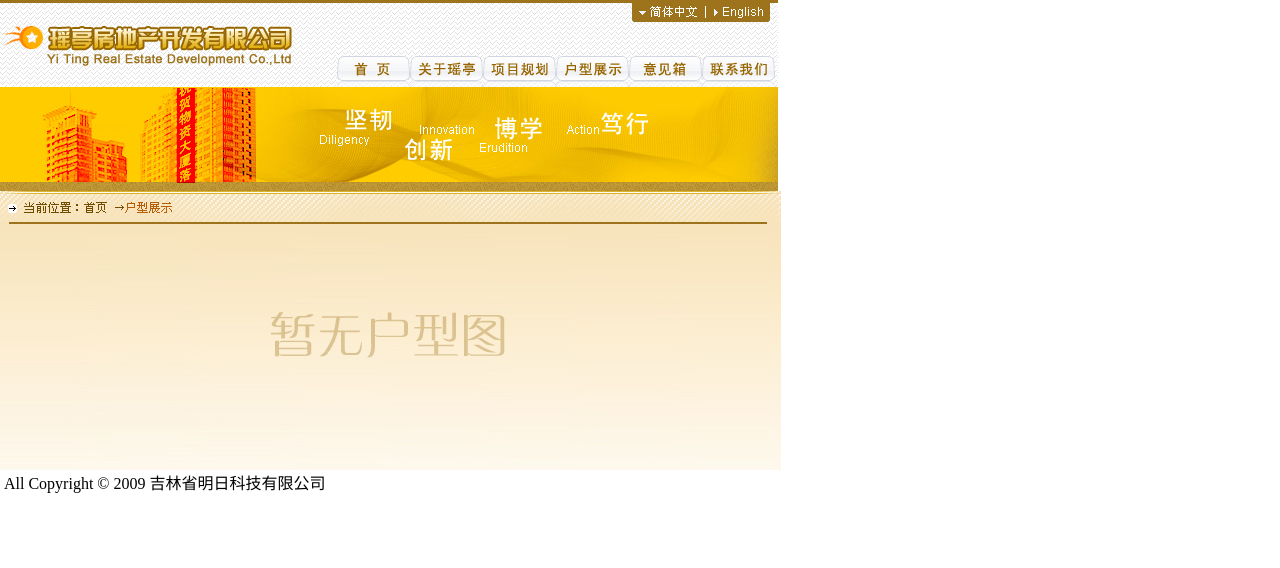
Repository: bookFireFly/bookFireFly
Page: http://localhost/JSP107/
The author's editor kept a copy of each file at every save. The page is drawn from the files as they stood at one save, then again after the next save.
The browser window is 1280 px wide. The pictures show the whole page.
The page is served by Tomcat 9.

Above is the page before, as saved 2017-10-24 09:56:40.

### JSP107/WebContent/index.jsp
<%@ page language="java" contentType="text/html; charset=GB18030"
    pageEncoding="GB18030"%>
<!DOCTYPE html PUBLIC "-//W3C//DTD HTML 4.01 Transitional//EN" "http://www.w3.org/TR/html4/loose.dtd">
<html>
<head>
<meta http-equiv="Content-Type" content="text/html; charset=GB18030">
<title>使用&lt;jsp:include&gt;动作标识包含文件</title>
</head>
<body style="margin:0px;">
<jsp:include page="top.jsp"/>
<table width="781" height="279" cellpadding="0" cellspacing="0"
	background="images/center.JPG" >
	<tr>
	<td>&nbsp;</td>
	</tr>
</table>
<jsp:include page="copyright.jsp"/>
</body>
</html>

### JSP107/WebContent/top.jsp
<%@ page pageEncoding="GB18030"%>
<img src="images/banner.JPG">

### JSP107/WebContent/copyright.jsp
<%@ page pageEncoding="GB18030" %>
<%
String copyright = "&nbsp;All Copyright &copy; 2009 吉林省明日科技有限公司";
%>
<tabel width="778" height="61" border="0" cellpadding="0" cellspacing="0" background="images/copyright.JPG">
	<tr>
	<td><%= copyright %></td>
	</tr>
</tabel>

After the next save:
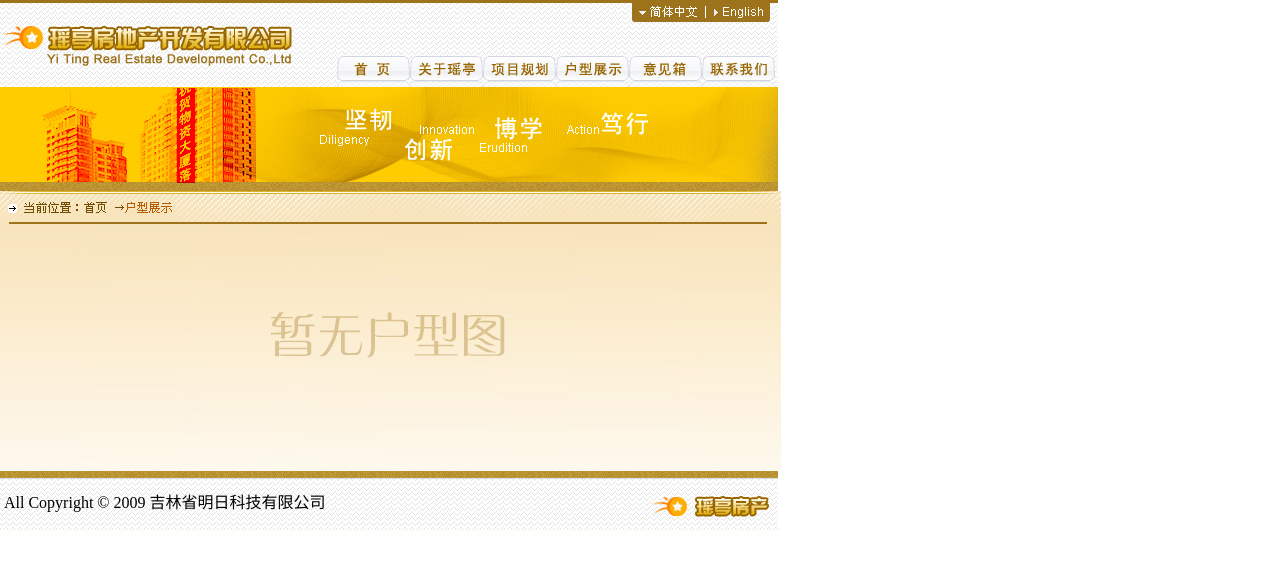
Saved 92 s later.
--- a/JSP107/WebContent/copyright.jsp
+++ b/JSP107/WebContent/copyright.jsp
@@ -1,9 +1,9 @@
-<%@ page pageEncoding="GB18030" %>
+<%@ page pageEncoding="GB18030"%>
 <%
-String copyright = "&nbsp;All Copyright &copy; 2009 吉林省明日科技有限公司";
+String copyright="&nbsp;All Copyright &copy; 2009 吉林省明日科技有限公司";
 %>
-<tabel width="778" height="61" border="0" cellpadding="0" cellspacing="0" background="images/copyright.JPG">
-	<tr>
-	<td><%= copyright %></td>
-	</tr>
-</tabel>
+<table width="778" height="61" border="0" cellpadding="0" cellspacing="0" background="images/copyright.JPG">
+  <tr>
+    <td> <%= copyright %></td>
+  </tr>
+</table>

After the save that followed:
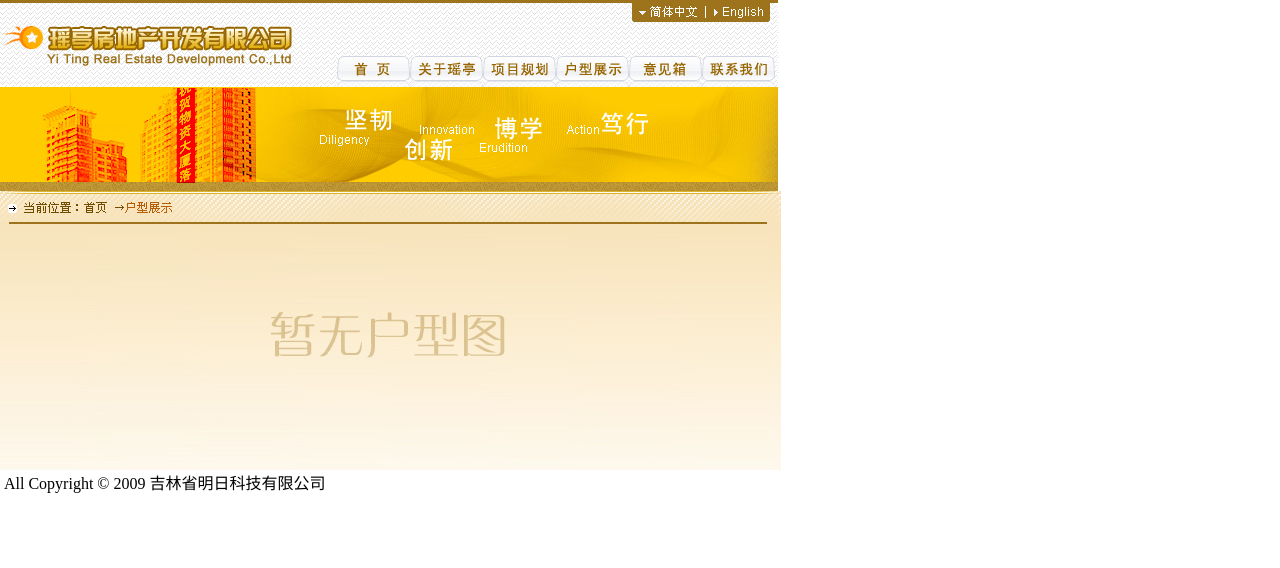
Saved 2 min 35 s later.
--- a/JSP107/WebContent/copyright.jsp
+++ b/JSP107/WebContent/copyright.jsp
@@ -1,9 +1,9 @@
-<%@ page pageEncoding="GB18030"%>
+<%@ page pageEncoding="GB18030" %>
 <%
-String copyright="&nbsp;All Copyright &copy; 2009 吉林省明日科技有限公司";
+String copyright = "&nbsp;All Copyright &copy; 2009 吉林省明日科技有限公司";
 %>
-<table width="778" height="61" border="0" cellpadding="0" cellspacing="0" background="images/copyright.JPG">
-  <tr>
-    <td> <%= copyright %></td>
-  </tr>
-</table>
+<tabel width="778" height="61" border="0" cellpadding="0" cellspacing="0" background="images/copyright.JPG">
+	<tr>
+	<td><%= copyright %></td>
+	</tr>
+</tabel>
